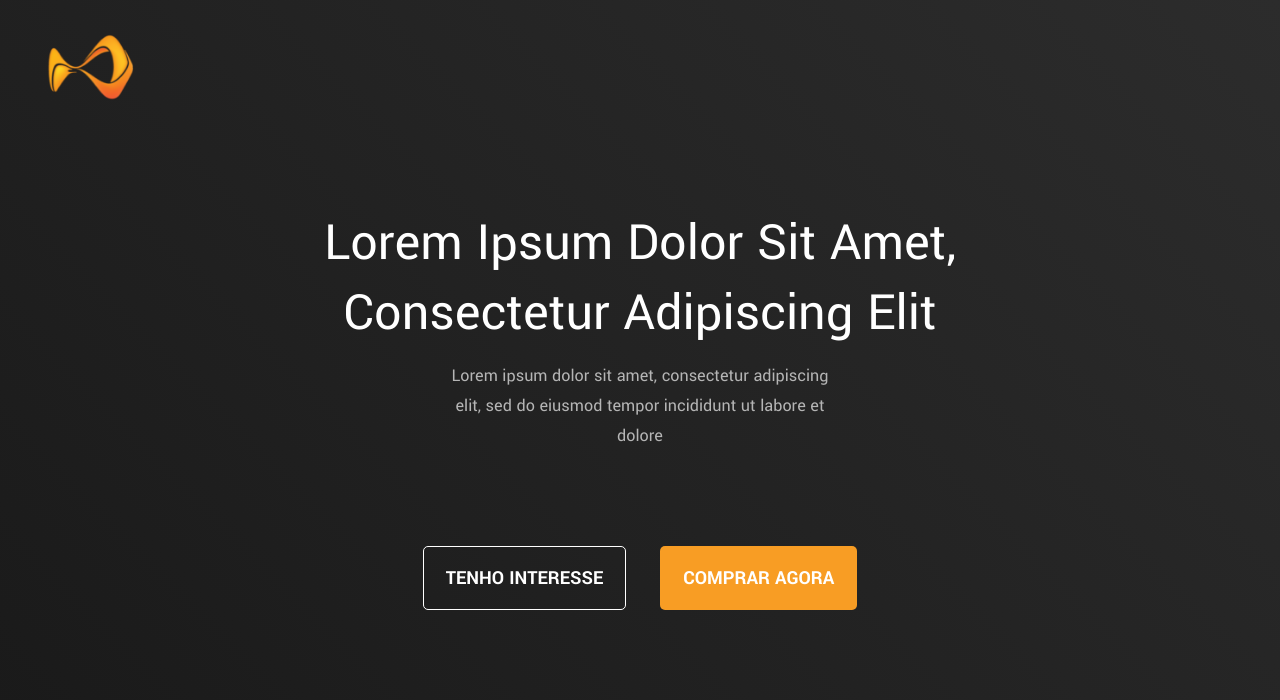
Repository: Rafael-Araujo-dev/Treinamento-Raccoon
Page: Projeto-2/index.html
An editor plug-in stored every save of this project. The page is shown before and after a run of saves, followed by the edit.
The browser window is 1280 px wide. The pictures show the whole page.

Above is the page before, as saved 2021-09-23 07:35:01.

After the next 2 saves:
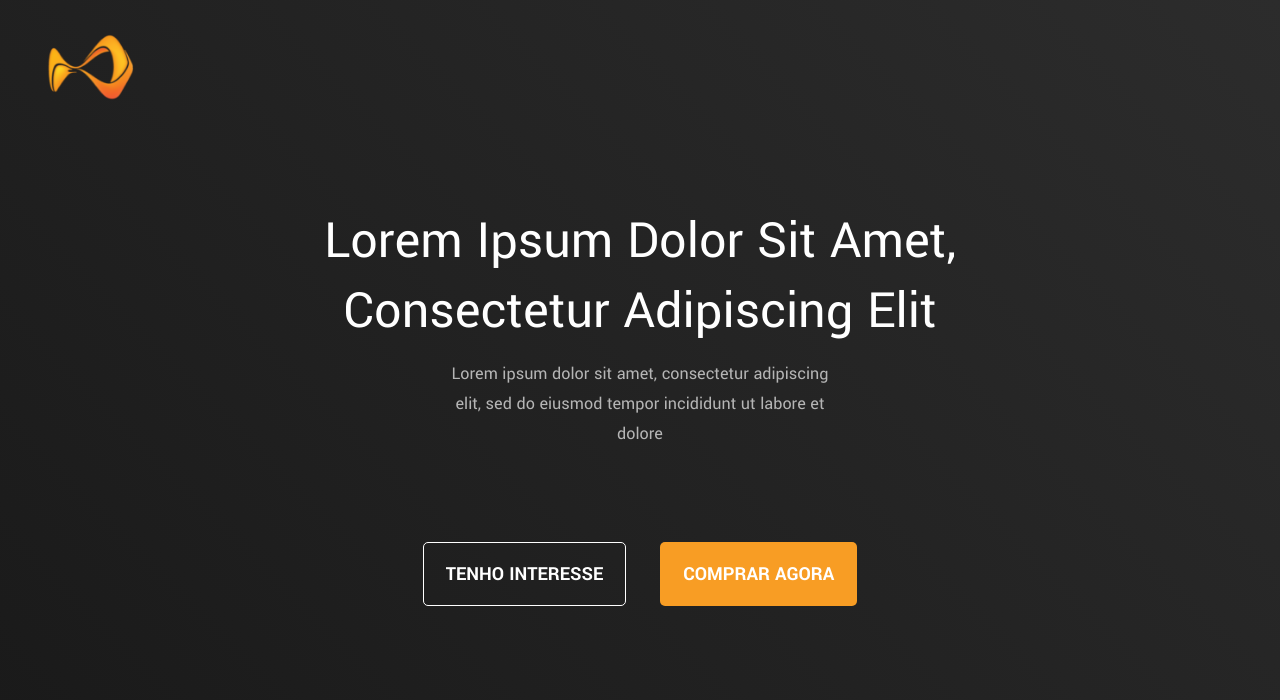
The 2 saves are shown as one change because they came seconds apart.
The last was saved 24 s later.
--- a/Projeto-2/css/style.css
+++ b/Projeto-2/css/style.css
@@ -158,7 +158,7 @@
 }
 
 .hero-btn-group {
-    margin-bottom: 12vh;
+    margin-bottom: 12.5vh;
     text-align: center;
 
 }
